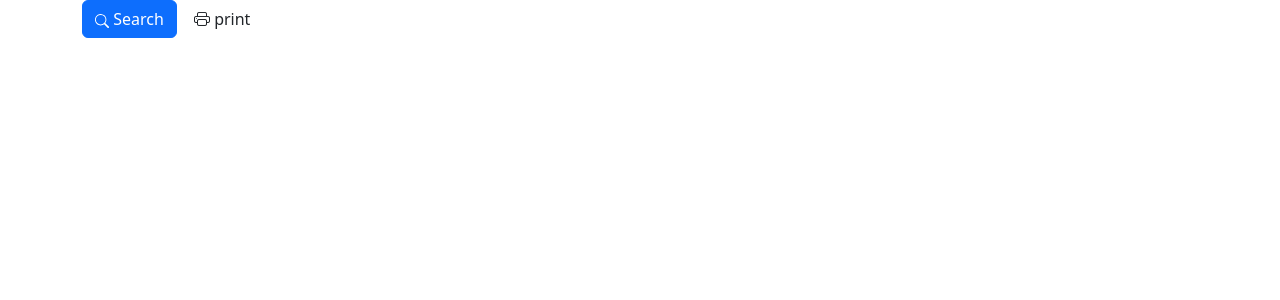
Repository: lemoueno/programme_dev_fullstack
Page: bootstrap/icons/icons.html
The author's editor kept a copy of each file at every save. The page is drawn from the files as they stood at one save, then again after the next save.
The browser window is 1280 px wide. The pictures show the whole page.

Above is the page before, as saved 2023-12-03 19:01:03.

### bootstrap/icons/icons.html
<html lang="en">
<head>
    <meta charset="UTF-8">
    <meta name="viewport" content="width=device-width, initial-scale=1.0">
    <link href="https://cdn.jsdelivr.net/npm/bootstrap@5.3.2/dist/css/bootstrap.min.css" rel="stylesheet" integrity="sha384-T3c6CoIi6uLrA9TneNEoa7RxnatzjcDSCmG1MXxSR1GAsXEV/Dwwykc2MPK8M2HN" crossorigin="anonymous">
    <script src="https://cdn.jsdelivr.net/npm/bootstrap@5.3.2/dist/js/bootstrap.bundle.min.js" integrity="sha384-C6RzsynM9kWDrMNeT87bh95OGNyZPhcTNXj1NW7RuBCsyN/o0jlpcV8Qyq46cDfL" crossorigin="anonymous"></script>
    <link rel="stylesheet" href="https://cdn.jsdelivr.net/npm/bootstrap-icons@1.11.2/font/bootstrap-icons.min.css">
    <title>Document</title>
</head>
<body>
    <div class="container">
        <button type="button" class="btn btn-primary"> <svg xmlns="http://www.w3.org/2000/svg" width="14" height="14" fill="currentColor" class="bi bi-search" viewBox="0 0 16 16">
            <path d="M11.742 10.344a6.5 6.5 0 1 0-1.397 1.398h-.001c.03.04.062.078.098.115l3.85 3.85a1 1 0 0 0 1.415-1.414l-3.85-3.85a1.007 1.007 0 0 0-.115-.1zM12 6.5a5.5 5.5 0 1 1-11 0 5.5 5.5 0 0 1 11 0"/>
          </svg> Search</button>
          <button type="button" class="btn btn-sucess"><i class="bi bi-printer"></i> print</button>


    </div>
</body>
</html>

After the next save:
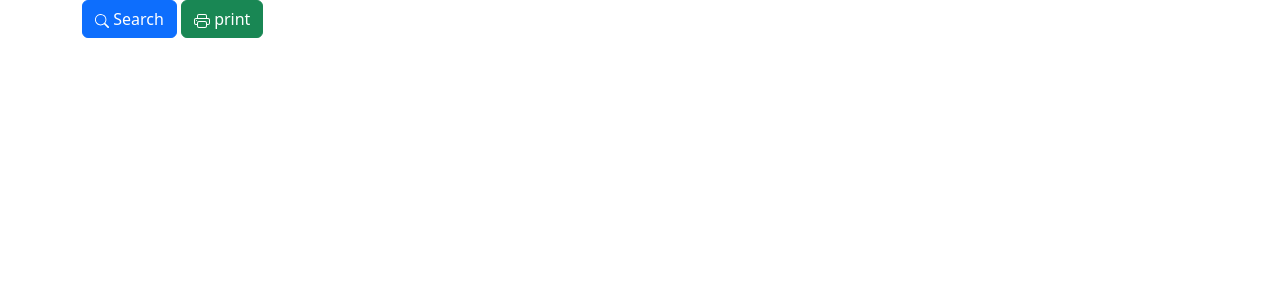
Saved 59 s later.
--- a/bootstrap/icons/icons.html
+++ b/bootstrap/icons/icons.html
@@ -12,7 +12,10 @@
         <button type="button" class="btn btn-primary"> <svg xmlns="http://www.w3.org/2000/svg" width="14" height="14" fill="currentColor" class="bi bi-search" viewBox="0 0 16 16">
             <path d="M11.742 10.344a6.5 6.5 0 1 0-1.397 1.398h-.001c.03.04.062.078.098.115l3.85 3.85a1 1 0 0 0 1.415-1.414l-3.85-3.85a1.007 1.007 0 0 0-.115-.1zM12 6.5a5.5 5.5 0 1 1-11 0 5.5 5.5 0 0 1 11 0"/>
           </svg> Search</button>
-          <button type="button" class="btn btn-sucess"><i class="bi bi-printer"></i> print</button>
+          <button type="button" class="btn btn-success"><svg xmlns="http://www.w3.org/2000/svg" width="16" height="16" fill="currentColor" class="bi bi-printer" viewBox="0 0 16 16">
+            <path d="M2.5 8a.5.5 0 1 0 0-1 .5.5 0 0 0 0 1"/>
+            <path d="M5 1a2 2 0 0 0-2 2v2H2a2 2 0 0 0-2 2v3a2 2 0 0 0 2 2h1v1a2 2 0 0 0 2 2h6a2 2 0 0 0 2-2v-1h1a2 2 0 0 0 2-2V7a2 2 0 0 0-2-2h-1V3a2 2 0 0 0-2-2zM4 3a1 1 0 0 1 1-1h6a1 1 0 0 1 1 1v2H4zm1 5a2 2 0 0 0-2 2v1H2a1 1 0 0 1-1-1V7a1 1 0 0 1 1-1h12a1 1 0 0 1 1 1v3a1 1 0 0 1-1 1h-1v-1a2 2 0 0 0-2-2zm7 2v3a1 1 0 0 1-1 1H5a1 1 0 0 1-1-1v-3a1 1 0 0 1 1-1h6a1 1 0 0 1 1 1"/>
+          </svg> print</button>
 
 
     </div>
